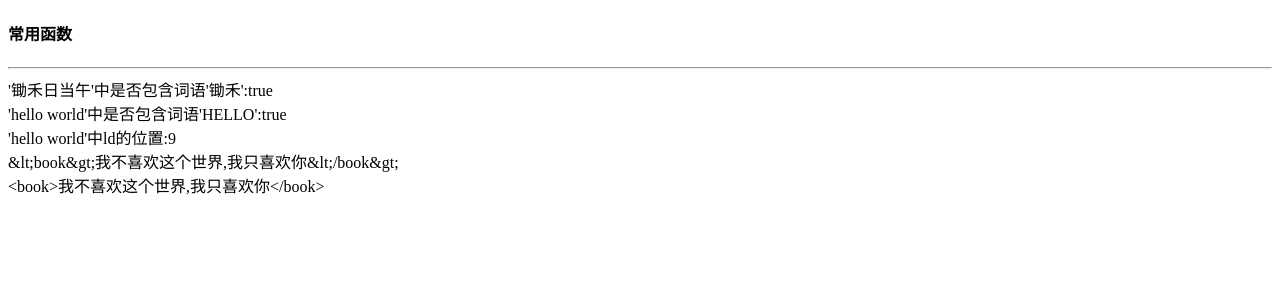
Repository: jionjion/JAVA_WorkSpace
Page: http://localhost/ServletClient/modules/jstlBase/baseXII.jsp
An editor plug-in stored every save of this project. The page is shown before and after the next save, followed by the edit.
The browser window is 1280 px wide. The pictures show the whole page.
The page is served by Tomcat 9. Other server files are loaded and not shown.

Above is the page before, as saved 2017-07-18 16:40:52.

### ServletClient/WebContent/modules/jstlBase/baseXII.jsp
<%@ page language="java" contentType="text/html; charset=UTF-8"
    pageEncoding="UTF-8"%>
<!-- 核心标签 -->
<%@ taglib uri="http://java.sun.com/jsp/jstl/core" prefix="c"%>
<!-- 常用函数 -->
<%@ taglib uri="http://java.sun.com/jsp/jstl/functions"  prefix="fn"%>
<!DOCTYPE html PUBLIC "-//W3C//DTD HTML 4.01 Transitional//EN" "http://www.w3.org/TR/html4/loose.dtd">
<html>
<head>
<meta http-equiv="Content-Type" content="text/html; charset=UTF-8">
<title>Insert title here</title>
</head>
<body>
	<h4>常用函数</h4>
	<hr>

	<!-- 判断一个字符串中是否包含另一个字符串 -->
	<c:out value="'锄禾日当午'中是否包含词语'锄禾':${fn:contains('锄禾日当午','锄禾') }"></c:out>
	<br>

	<!-- 判断一个字符串中是否包含另一个字符串,忽略大小写 -->
	<c:out value="'hello world'中是否包含词语'HELLO':${fn:containsIgnoreCase('锄禾日当午','锄禾') }"></c:out>
	<br>

	<!-- 判断一个字符串是否以XX结尾 -->
	<c:out value="'hello world'中ld的位置:${fn:indexOf('hello world','ld') }"></c:out><br>


	<!-- 输出xml文件 -->
	<c:out value="${fn:escapeXml('<book>我不喜欢这个世界,我只喜欢你</book>')}"></c:out><br>
	<c:out value="<book>我不喜欢这个世界,我只喜欢你</book>"></c:out>
</body>
</html>

After the next save:
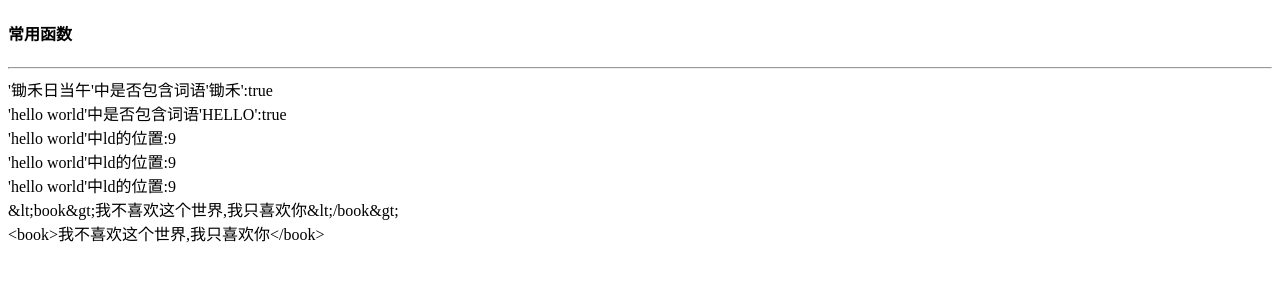
Saved 80 s later.
--- a/ServletClient/WebContent/modules/jstlBase/baseXII.jsp
+++ b/ServletClient/WebContent/modules/jstlBase/baseXII.jsp
@@ -25,6 +25,11 @@
 	<!-- 判断一个字符串是否以XX结尾 -->
 	<c:out value="'hello world'中ld的位置:${fn:indexOf('hello world','ld') }"></c:out><br>
 
+	<!-- 判断一个字符串是否以XX结尾 -->
+	<c:out value="'hello world'中ld的位置:${fn:indexOf('hello world','ld') }"></c:out><br>
+
+	<!-- 判断一个字符串中子串的位置 -->
+	<c:out value="'hello world'中ld的位置:${fn:indexOf('hello world','ld') }"></c:out><br>
 
 	<!-- 输出xml文件 -->
 	<c:out value="${fn:escapeXml('<book>我不喜欢这个世界,我只喜欢你</book>')}"></c:out><br>
